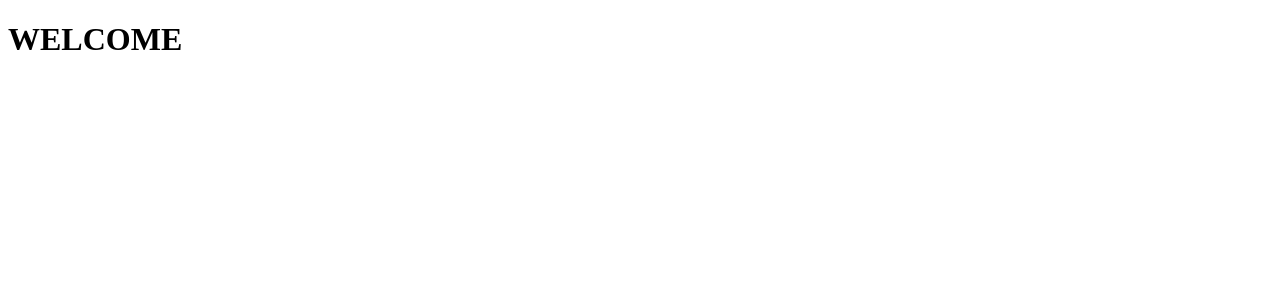
Repository: Yemili/springboot_application
Page: workspace/student/src/main/resources/static/index.html
The author's editor kept a copy of each file at every save. The page is drawn from the files as they stood at one save, then again after the next save.
The browser window is 1280 px wide. The pictures show the whole page.

Above is the page before, as saved 2024-09-26 06:25:01.

### workspace/student/src/main/resources/static/index.html
<!DOCTYPE html>
<html lang="en">
<head>
    <meta charset="UTF-8">
    <meta name="viewport" content="width=device-width, initial-scale=1.0">
    <title>registration form</title>
</head>
<body>
    <h1>WELCOME</h1>

</body>
</html>

After the next save:
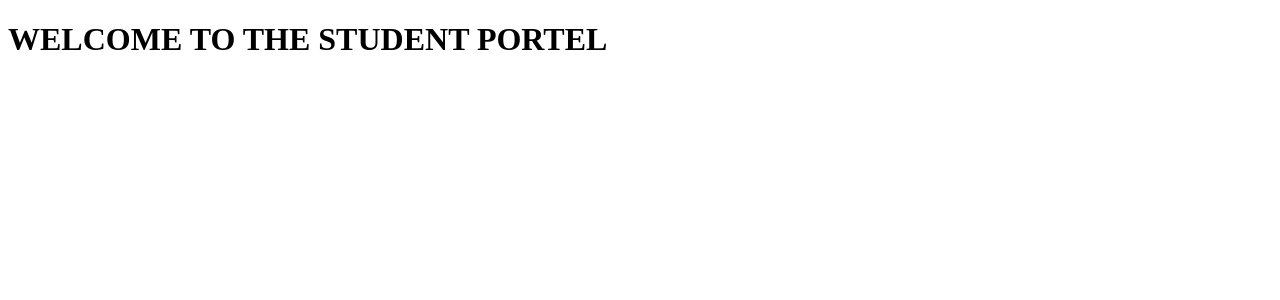
Saved 2 min 17 s later.
--- a/workspace/student/src/main/resources/static/index.html
+++ b/workspace/student/src/main/resources/static/index.html
@@ -6,7 +6,7 @@
     <title>registration form</title>
 </head>
 <body>
-    <h1>WELCOME</h1>
+    <h1>WELCOME TO THE STUDENT PORTEL</h1>
 
 </body>
 </html>
